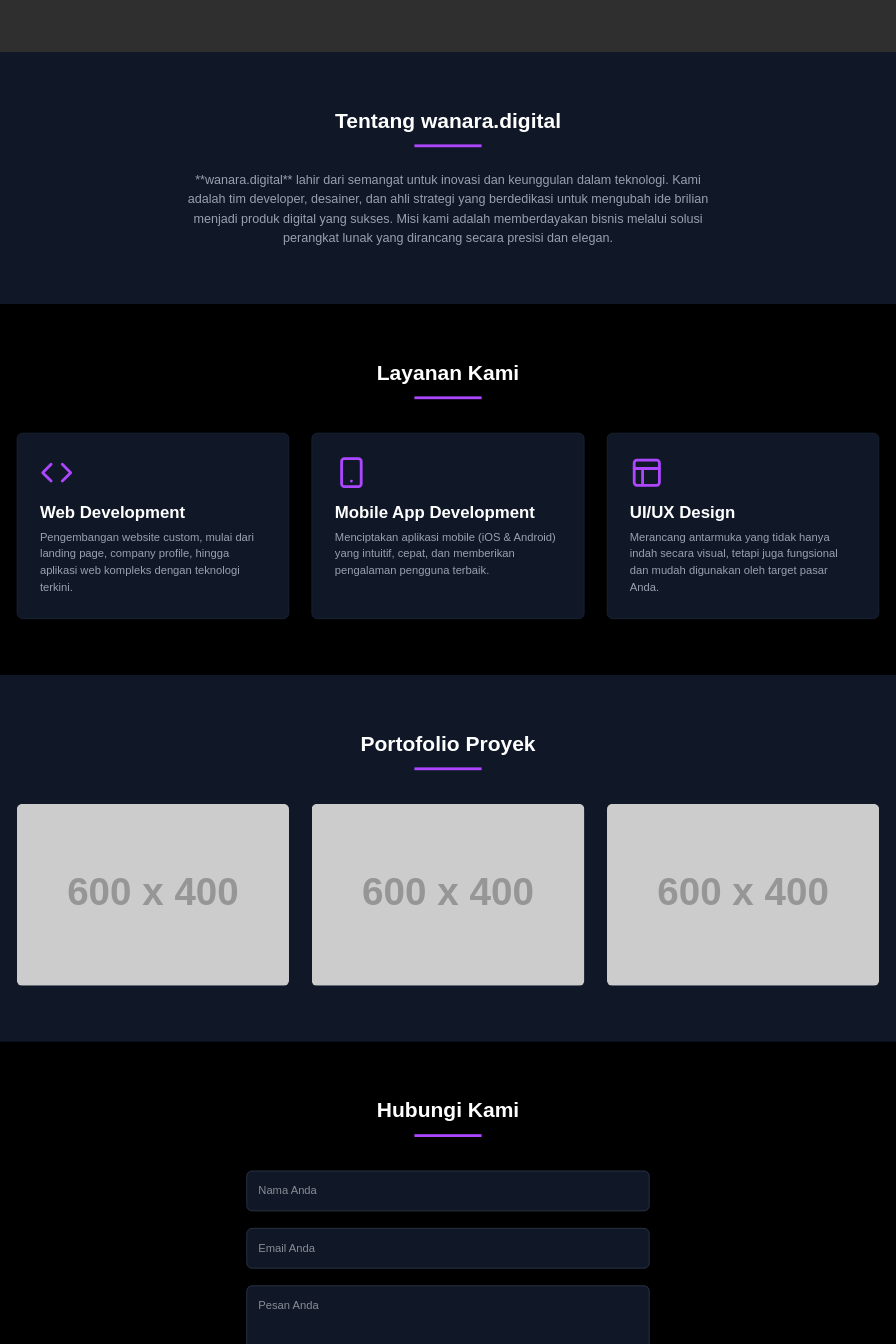
Repository: EmilMaulana/wanara-digital
Page: /
These files come from the project's save history. The page is drawn as it stood at one moment and after the next save; the edit follows.
The browser window is 1280 px wide. The pictures show the part of the page from y = 645 to 2565 px (the page is 2884 px tall before and 2828 px after), at 70% of full size.
Pictures or frames that could not be fetched are drawn as grey boxes. The project was rebuilt for these pictures with package versions that can differ from the ones it lists, and the page was loaded fresh each time. The framework's server and built-in components were replaced by stand-ins that run in the browser. Also part of the build but not shown: next.config.mjs.

Above is the page before, as saved 2025-06-07 00:14:20.

After the next save:
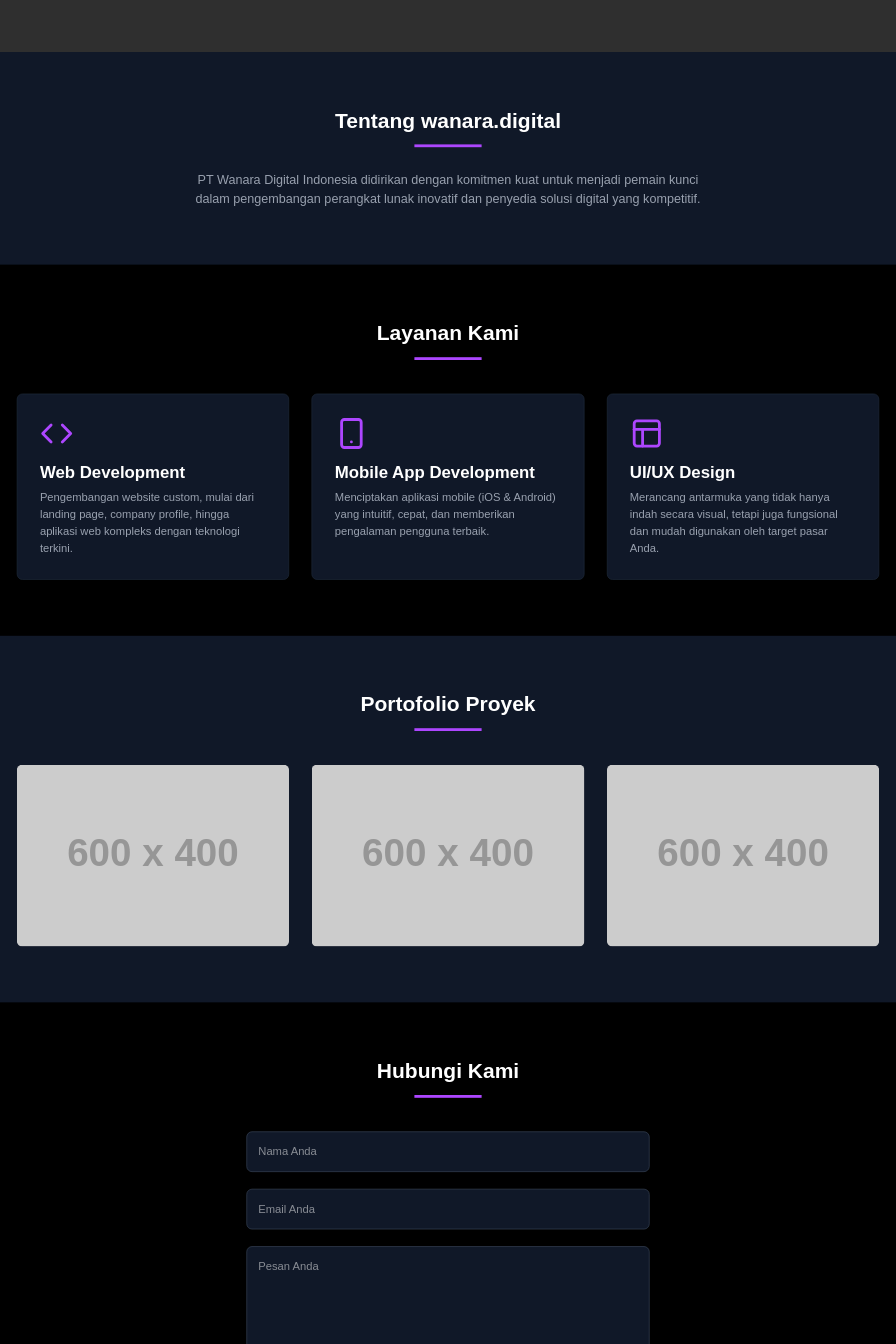
Saved 11 min 56 s later.
--- a/src/app/page.js
+++ b/src/app/page.js
@@ -48,7 +48,7 @@ export default function Home() {
             <h3 className="text-3xl font-bold mb-4">Tentang wanara.digital</h3>
             <div className="w-24 h-1 bg-purple-500 mx-auto mb-8"></div>
             <p className="text-gray-400 max-w-3xl mx-auto text-lg">
-              **wanara.digital** lahir dari semangat untuk inovasi dan keunggulan dalam teknologi. Kami adalah tim developer, desainer, dan ahli strategi yang berdedikasi untuk mengubah ide brilian menjadi produk digital yang sukses. Misi kami adalah memberdayakan bisnis melalui solusi perangkat lunak yang dirancang secara presisi dan elegan.
+            PT Wanara Digital Indonesia didirikan dengan komitmen kuat untuk menjadi pemain kunci dalam pengembangan perangkat lunak inovatif dan penyedia solusi digital yang kompetitif.
             </p>
           </div>
         </section>
